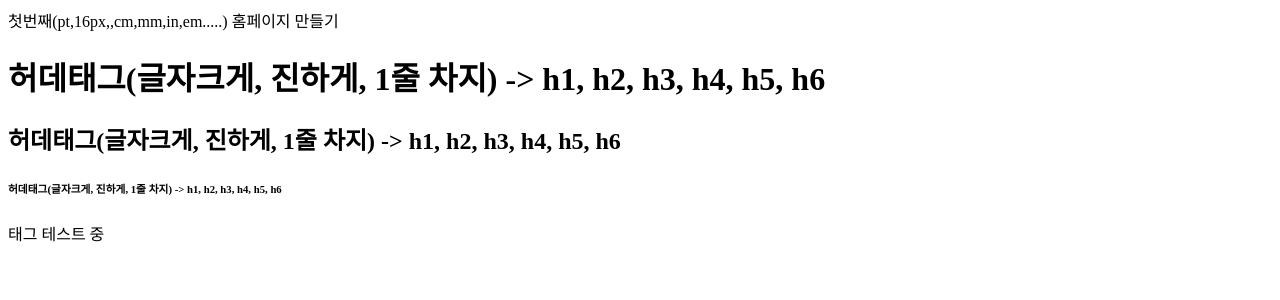
Repository: Seho0218/Webservice
Page: 03_HTML/worksapceWeb/WebApp/src/main/webapp/index.html
An editor plug-in stored every save of this project. The page is shown before and after the next save, followed by the edit.
The browser window is 1280 px wide. The pictures show the whole page.

Above is the page before, as saved 2022-07-05 05:55:10.

### 03_HTML/worksapceWeb/WebApp/src/main/webapp/index.html
<!DOCTYPE html>
<html>
<head>
<meta charset="UTF-8">
<title>제목</title>
</head>
<body>
	첫번째(pt,16px,,cm,mm,in,em.....)
	홈페이지
	만들기
	<h1 title="heading"> 허데태그(글자크게, 진하게, 1줄 차지)
		->	h1, h2, h3, h4, h5, h6</h1>
		<h2> 허데태그(글자크게, 진하게, 1줄 차지)
		->	h1, h2, h3, h4, h5, h6</h2>
		<h6> 허데태그(글자크게, 진하게, 1줄 차지)
		->	h1, h2, h3, h4, h5, h6</h6>
	태그
	테스트
	중
</body>
</html>

After the next save:
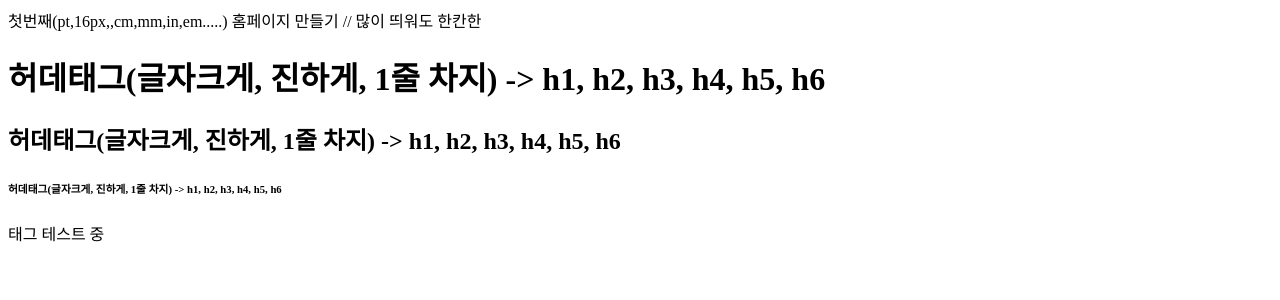
Saved 9 min 53 s later.
--- a/03_HTML/worksapceWeb/WebApp/src/main/webapp/index.html
+++ b/03_HTML/worksapceWeb/WebApp/src/main/webapp/index.html
@@ -5,17 +5,11 @@
 <title>제목</title>
 </head>
 <body>
-	첫번째(pt,16px,,cm,mm,in,em.....)
-	홈페이지
-	만들기
-	<h1 title="heading"> 허데태그(글자크게, 진하게, 1줄 차지)
-		->	h1, h2, h3, h4, h5, h6</h1>
-		<h2> 허데태그(글자크게, 진하게, 1줄 차지)
-		->	h1, h2, h3, h4, h5, h6</h2>
-		<h6> 허데태그(글자크게, 진하게, 1줄 차지)
-		->	h1, h2, h3, h4, h5, h6</h6>
-	태그
-	테스트
-	중
+	첫번째(pt,16px,,cm,mm,in,em.....) 홈페이지 만들기 // 많이 띄워도 한칸한
+	<h1 title="heading">허데태그(글자크게, 진하게, 1줄 차지) -> h1, h2, h3, h4, h5,
+		h6</h1>
+	<h2>허데태그(글자크게, 진하게, 1줄 차지) -> h1, h2, h3, h4, h5, h6</h2>
+	<h6>허데태그(글자크게, 진하게, 1줄 차지) -> h1, h2, h3, h4, h5, h6</h6>
+	태그 테스트 중
 </body>
 </html>
